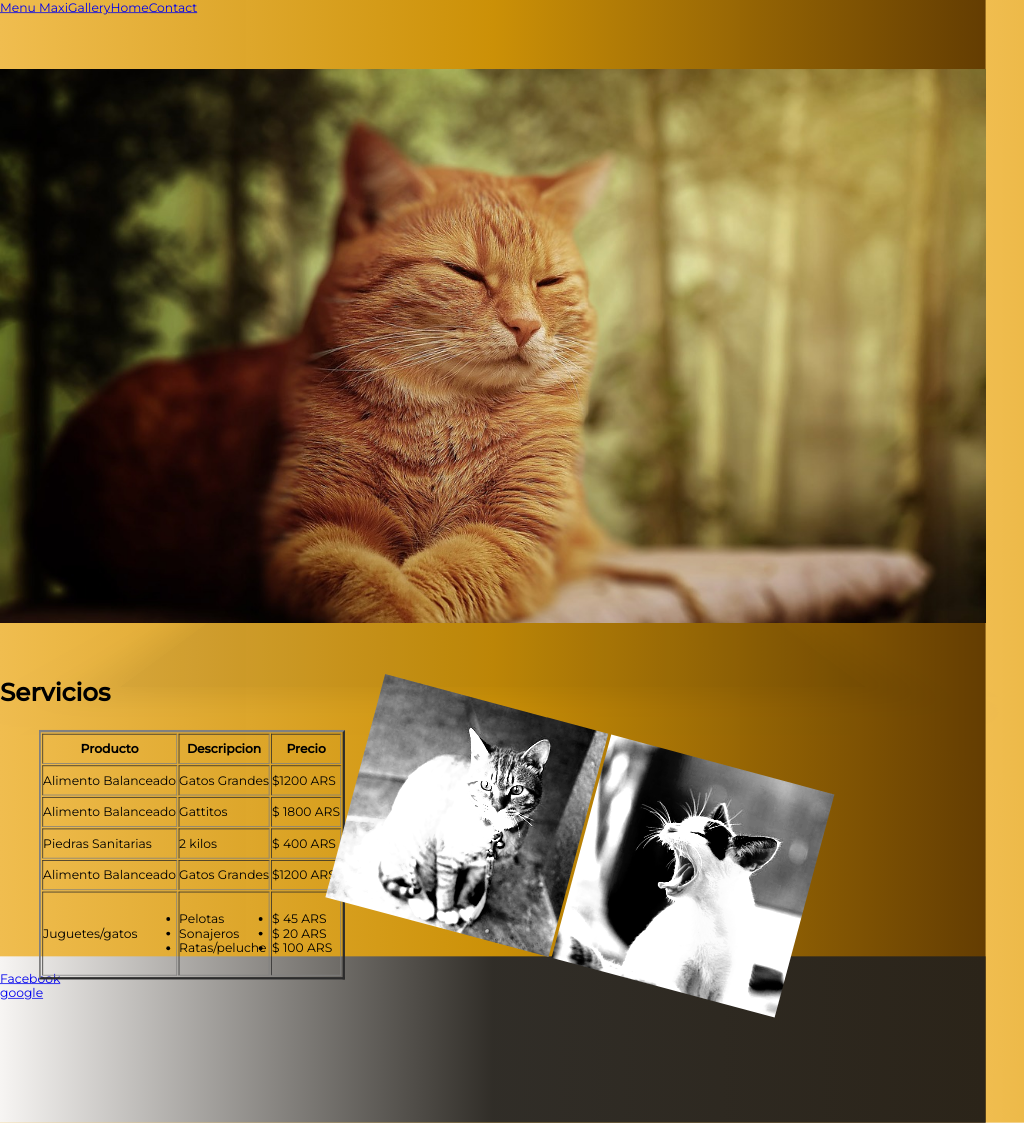
Repository: raul4264/final
Page: Services.html
An editor plug-in stored every save of this project. The page is shown before and after the next save, followed by the edit.
The browser window is 1280 px wide. The page is 1330 px wide, so the pictures cover 1330 px, including what lies to the right of the window. The pictures show the whole page, at 77% of full size.

Above is the page before, as saved 2021-03-26 11:52:24.

### Services.html
<!DOCTYPE html>
<html lang="en">

<head>
    <meta charset="UTF-8">
    <meta http-equiv="X-UA-Compatible" content="IE=edge">
    <meta name="viewport" content="width=device-width, initial-scale=1.0">
    <title>Services</title>
    <link href="css/services.css" rel="stylesheet" type="text/css">
</head>

<body>
    <header>
             <nav>
                <ul class="uno">
                    <li class="item"><a href="menu_maxi.html">Menu Maxi</a></li>
                    <li class="item"><a href="Gallery.html">Gallery</a></li>
                    <li class="item"><a href="index.html">Home</a></li>
                    <li class="item"><a href="Contact.html">Contact</a></li>
                </ul>

            </nav>

    </header>



        <div class="thumb">
            <a href="https://www.google.com/" target="_blank">
                  <span>Tambien visite...</span>
            </a>
      </div>

        <h1>Servicios</h1>
        <section  class="table">

            <table border="3px" cellpadding="15px">
                <tr>
                    <th>Producto</th>
                    <th>Descripcion</th>
                    <th>Precio</th>
                </tr>
                <tr>
                    <td>Alimento Balanceado</td>
                    <td>Gatos Grandes</td>
                    <td> $1200 ARS</td>
                </tr>
                <tr>
                    <td>Alimento Balanceado</td>
                    <td>Gattitos</td>
                    <td>$ 1800 ARS</td>
                </tr>
                <tr>
                    <td>Piedras Sanitarias</td>
                    <td>2 kilos</td>
                    <td>$ 400 ARS</td>
                </tr>
                <tr>
                    <td>Alimento Balanceado</td>
                    <td>Gatos Grandes</td>
                    <td>$1200 ARS</td>
                </tr>
                <tr>
                    <td>Juguetes/gatos</td>
                    <td>
                        <ul>
                            <li>Pelotas</li>
                            <li>Sonajeros</li>
                            <li>Ratas/peluche</li>
                        </ul>
                    </td>
                    <td>
                        <ul>
                            <li>$ 45 ARS</li>
                            <li>$ 20 ARS</li>
                            <li>$ 100 ARS</li>
                        </ul>
                    </td>
                </tr>
            </table>
            <br>
            <figure>
                <img src="images/3.jpg">
                <img src="images/2.jpg">

              </figure>
        </section>




    </main>


        <footer>
            <br>

            <ol>
                <li><a href="http://www.facebook.com" target="blanck">Facebook</a>

                </li>
                <li><a href="http://www.google.com" target="blanck">google</a>

                </li>
            </ol>
            <br>
        </footer>
</body>

</html>

### css/services.css
@import url('https://fonts.googleapis.com/css2?family=Montserrat:wght@400;500&family=Poppins:wght@300&display=swap');
* {
    font-family: 'Montserrat', sans-serif;
    margin: 0;
    padding: 0;
}

body{
	margin: 0;
    padding: 0;
    transition:all 3s ease-in-out;
}
nav{

}
img{
    width: 300px;
    filter: contrast(1.8) brightness(1.5) grayscale(1)
}

@import url(https://fonts.googleapis.com/css?family=Open+Sans);


body {

    /* background: linear-gradient(rgb(248, 217, 158), rgb(70, 46, 1)); */
    background: rgb(240,189,79);
background: linear-gradient(90deg, rgba(240,189,79,1) 0%, rgba(203,144,6,0.9948354341736695) 50%, rgb(100, 61, 2) 100%);
    font-family: 'Open Sans', sans-serif;
    height: 100vh;
    margin:0;
}
header{
    text-decoration: none;

}
nav{
    text-decoration: none;
}
.uno{
    display: flex;
    text-decoration: none;
    list-style: none;
}
.thumb {
    width: 100vw;
    height: 100vh;
    margin: 70px auto;
    perspective: 1000px;
    transition:all 3s ease-in-out;
}

.thumb a {
    display: block;
    width: 100%;
    height: 100%;
    background: linear-gradient(rgba(0, 0, 0, 0.4), rgba(0, 0, 0, 0.4)),
		url("../images/1.jpg");
    background-size: 0, cover;
    transform-style: preserve-3d;
    transition: all 0.5s;
}


.thumb:hover a {
    transform: rotateX(80deg);
    transform-origin: bottom;
}
.thumb a:after {
    content: '';
    position: absolute;
    left: 0;
    bottom: 0;
    width: 100%;
    height: 36px;
    background: inherit;
    background-size: cover, cover;
    background-position: bottom;
    transform: rotateX(90deg);
    transform-origin: bottom;
}
.thumb a span {
    color: white;
    text-transform: uppercase;
    position: absolute;
    top: 100%;
    left: 0;
    width: 100%;
    font: bold 12px/36px "Open Sans";
    text-align: center;
    transform: rotateX(-89.99deg);
    transform-origin: top;
    z-index: 1;
}
.thumb a:before {
    content: '';
    position: absolute;
    top: 0;
    left: 0;
    width: 100%;
    height: 100%;
    background: rgba(0, 0, 0, 0.5);
    box-shadow: 0 0 100px 50px rgba(0, 0, 0, 0.5);
    transition: all 0.5s;
    opacity: 0.15;
    transform: rotateX(95deg) translateZ(-80px) scale(0.75);
    transform-origin: bottom;
}

.thumb:hover a:before {
    opacity: 1;
    box-shadow: 0 0 25px 25px rgba(0, 0, 0, 0.5);
    transform: rotateX(0) translateZ(-60px) scale(0.85);
}
.table{
    display: flex;
    transform:translate(50px, 30px) ;
}

.table:hover{
   font-weight: bolder;
   color: chartreuse;
   font-size: 1em;
   font-family:Verdana, Geneva, Tahoma, sans-serif;
   transform:translate(70px, 30px) ;
}
figure{
   transform: rotate(15deg );
   /*  transform: translateX(129px); */
   padding-bottom: 20px;
}
figure:hover{
  /*  transform: rotate(15deg );*/
      transform: translate(22px 50px);
 }
footer{
    height: 30vh;
    background: rgb(34, 34, 33);
    background: linear-gradient(90deg, rgb(247, 245, 243) 0%, rgba(48, 45, 40, 0.995) 50%, rgb(43, 36, 25) 100%);
}

After the next save:
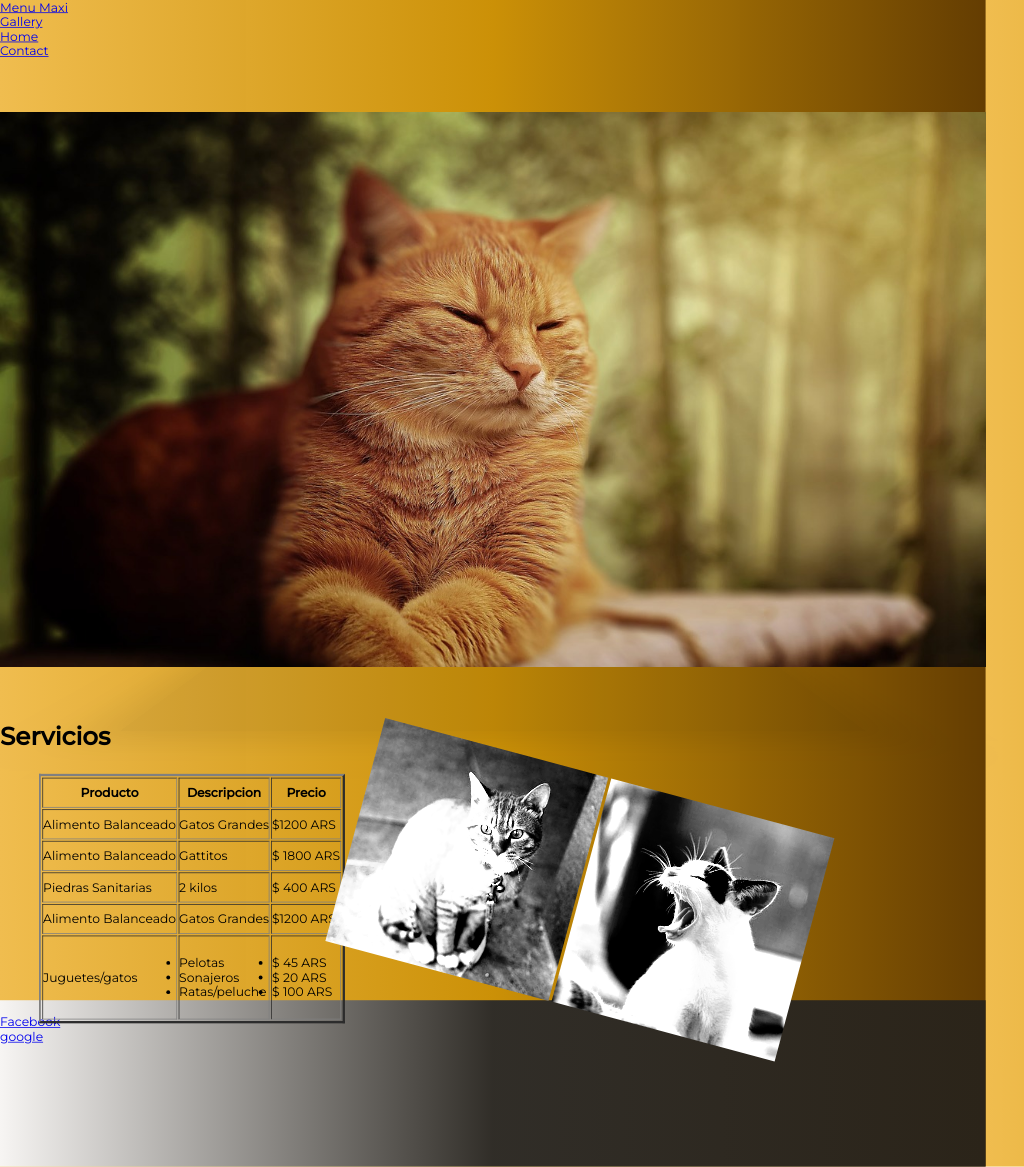
Saved 17 s later.
--- a/css/services.css
+++ b/css/services.css
@@ -35,6 +35,8 @@ header{
 
 }
 nav{
+    list-style: none;
+}
     text-decoration: none;
 }
 .uno{

After the save that followed:
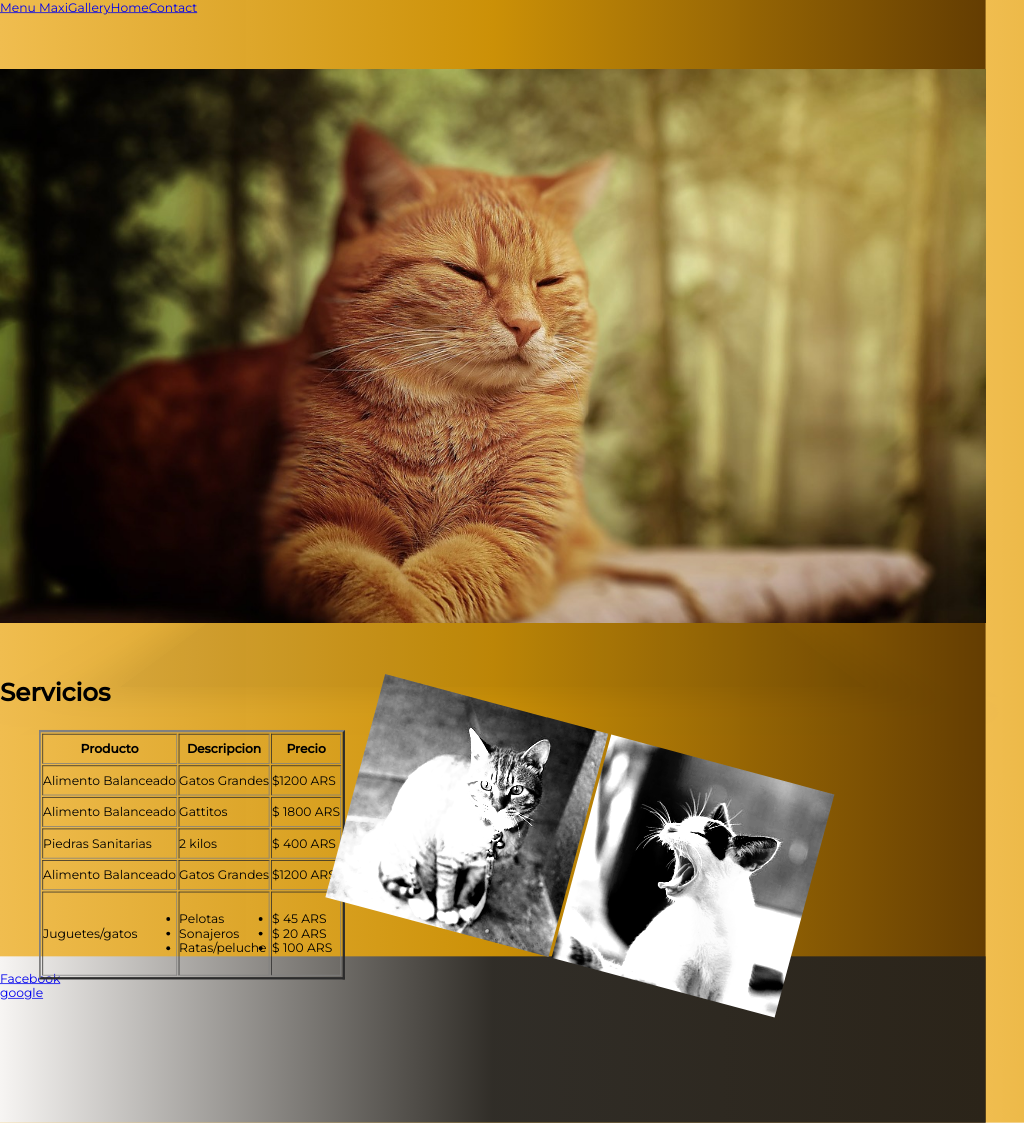
Saved 7 s later.
--- a/css/services.css
+++ b/css/services.css
@@ -35,8 +35,7 @@ header{
 
 }
 nav{
-    list-style: none;
-}
+
     text-decoration: none;
 }
 .uno{
